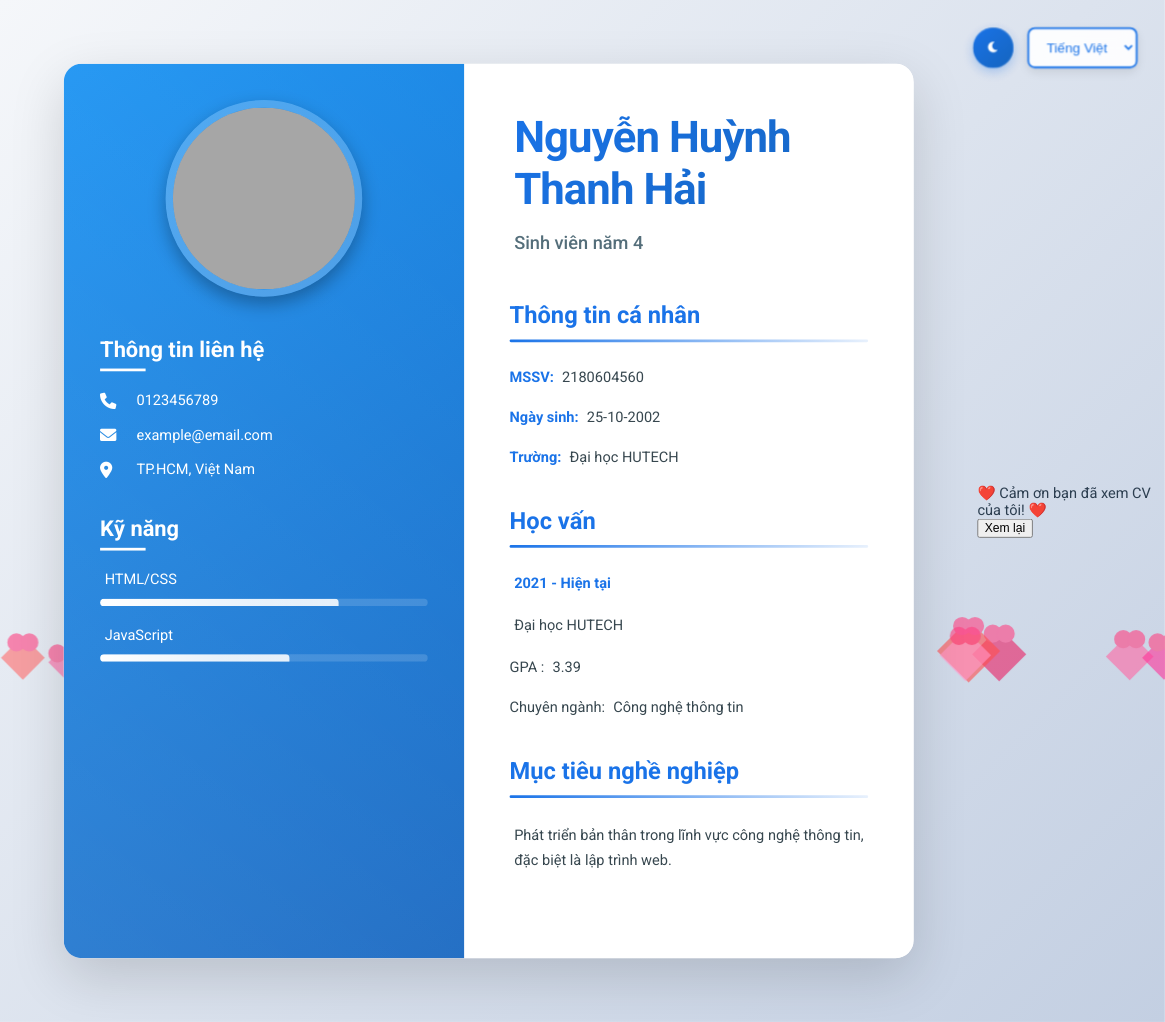
Repository: Haimichi/haimichi.github.io
Page: index.html
The author's editor kept a copy of each file at every save. The page is drawn from the files as they stood at one save, then again after the next save.
The browser window is 1280 px wide. The pictures show the whole page, at 91% of full size.
Pictures or frames that could not be fetched are drawn as grey boxes.

Above is the page before, as saved 2025-03-04 11:01:43.

### index.html
<!DOCTYPE html>
<html lang="en">
<head>
    <meta charset="UTF-8">
    <meta name="viewport" content="width=device-width, initial-scale=1.0">
    <title>CV - Nguyễn Huỳnh Thanh Hải</title>
    <link rel="stylesheet" href="style.css">
    <link rel="stylesheet" href="https://cdnjs.cloudflare.com/ajax/libs/font-awesome/6.0.0/css/all.min.css">
    <link href="https://fonts.googleapis.com/css2?family=Roboto:wght@400;500;700&display=swap" rel="stylesheet">
    <style>
        .editable-input {
            background: transparent;
            border: none;
            border-bottom: 2px solid #1a73e8;
            color: inherit;
            font-size: inherit;
            font-family: inherit;
            width: 100%;
            padding: 5px 0;
            outline: none;
        }

        [contenteditable="true"]:hover {
            background: rgba(26, 115, 232, 0.1);
            cursor: pointer;
            padding: 2px 5px;
            border-radius: 4px;
        }
    </style>
</head>
<body>
    <div class="theme-controls">
        <button id="themeToggle" class="theme-btn">
            <i class="fas fa-moon"></i>
        </button>
        <select id="languageSelect" class="lang-select">
            <option value="vi">Tiếng Việt</option>
            <option value="en">English</option>
        </select>
    </div>
    <div class="container">
        <div class="cv-container">
            <div class="left-column">
                <div class="profile-image">
                    <input type="file" id="imageInput" accept="image/*" style="display: none;">
                    <img src="avatar.jpg" alt="Profile Picture" onclick="document.getElementById('imageInput').click()" style="width: 200px; height: 200px; border-radius: 50%; object-fit: cover; cursor: pointer;">
                </div>
                <script>
                    document.getElementById('imageInput').addEventListener('change', function(event) {
                        const file = event.target.files[0];
                        if (file) {
                            const reader = new FileReader();
                            reader.onload = function(e) {
                                document.querySelector('.profile-image img').src = e.target.result;
                            };
                            reader.readAsDataURL(file);
                        }
                    });
                </script>
                <div class="contact-info">
                    <h2>Thông tin liên hệ</h2>
                    <p><i class="fas fa-phone"></i> <span class="editable" data-key="phone">0123456789</span></p>
                    <p><i class="fas fa-envelope"></i> <span class="editable" data-key="email">example@email.com</span></p>
                    <p><i class="fas fa-map-marker-alt"></i> <span class="editable" data-key="address">TP.HCM, Việt Nam</span></p>
                </div>
                <div class="skills">
                    <h2>Kỹ năng</h2>
                    <div class="skill-item">
                        <span class="editable" data-key="skill1Name">HTML/CSS</span>
                        <div class="skill-level">
                            <div class="skill-bar editable" data-key="skill1Level" style="width: 70%"></div>
                        </div>
                    </div>
                    <div class="skill-item">
                        <span class="editable" data-key="skill2Name">JavaScript</span>
                        <div class="skill-level">
                            <div class="skill-bar editable" data-key="skill2Level" style="width: 55%"></div>
                        </div>
                    </div>
                </div>
            </div>
            <div class="right-column">
                <div class="header">
                    <h1 class="editable" data-key="fullName">Nguyễn Huỳnh Thanh Hải</h1>
                    <h2 class="editable" data-key="title">Sinh viên năm 4</h2>
                </div>
                <div class="section">
                    <h2>Thông tin cá nhân</h2>
                    <p><strong>MSSV:</strong> <span class="editable" data-key="studentId">2180604560</span></p>
                    <p><strong>Ngày sinh:</strong> <span class="editable" data-key="dob">25-10-2002</span></p>
                    <p><strong>Trường:</strong> <span class="editable" data-key="university">Đại học HUTECH</span></p>
                </div>
                <div class="section">
                    <h2>Học vấn</h2>
                    <p><strong class="editable" data-key="educationPeriod">2021 - Hiện tại</strong></p>
                    <p class="editable" data-key="university">Đại học HUTECH</p>
                    <p>GPA : <span class="editable" data-key="gpa">3.39</span></p>
                    <p>Chuyên ngành: <span class="editable" data-key="major">Công nghệ thông tin</span></p>
                </div>
                <div class="section">
                    <h2>Mục tiêu nghề nghiệp</h2>
                    <p class="editable" data-key="careerObjective">Phát triển bản thân trong lĩnh vực công nghệ thông tin, đặc biệt là lập trình web.</p>
                </div>
            </div>
        </div>
    </div>
    <div class="hearts-container"></div>
    <div class="ending-screen">
        <div class="ending-message">❤️ Cảm ơn bạn đã xem CV của tôi! ❤️</div>
        <button class="restart-btn" onclick="restartAnimation()">Xem lại</button>
    </div>
</body>
<script>
const translations = {
    en: {
        title: "Contact Information",
        skills: "Skills",
        personalInfo: "Personal Information",
        education: "Education",
        career: "Career Objectives",
        studentId: "Student ID",
        dob: "Date of Birth",
        university: "University",
        major: "Major",
        present: "Present",
        fullName: "Full Name",
        title: "Title",
        educationPeriod: "Education Period",
        gpa: "GPA",
        careerObjective: "Career Objective",
        skill1Name: "Skill 1",
        skill2Name: "Skill 2"
    },
    vi: {
        title: "Thông tin liên hệ",
        skills: "Kỹ năng",
        personalInfo: "Thông tin cá nhân",
        education: "Học vấn",
        career: "Mục tiêu nghề nghiệp",
        studentId: "MSSV",
        dob: "Ngày sinh",
        university: "Trường",
        major: "Chuyên ngành",
        present: "Hiện tại",
        fullName: "Họ và tên",
        title: "Chức danh",
        educationPeriod: "Thời gian học",
        gpa: "GPA",
        careerObjective: "Mục tiêu nghề nghiệp",
        skill1Name: "Kỹ năng 1",
        skill2Name: "Kỹ năng 2"
    }
};

// Theme Toggle
const themeToggle = document.getElementById('themeToggle');
themeToggle.addEventListener('click', () => {
    document.body.classList.toggle('dark-theme');
    const icon = themeToggle.querySelector('i');
    if (document.body.classList.contains('dark-theme')) {
        icon.classList.replace('fa-moon', 'fa-sun');
    } else {
        icon.classList.replace('fa-sun', 'fa-moon');
    }
});

// Language Toggle
const languageSelect = document.getElementById('languageSelect');
languageSelect.addEventListener('change', (e) => {
    const lang = e.target.value;
    updateLanguage(lang);
});

function updateLanguage(lang) {
    document.querySelector('.contact-info h2').textContent = translations[lang].title;
    document.querySelector('.skills h2').textContent = translations[lang].skills;
    document.querySelector('.section h2').textContent = translations[lang].personalInfo;
    // Update other elements...
    document.querySelectorAll('.editable').forEach(element => {
        const key = element.getAttribute('data-key');
        const savedValue = localStorage.getItem(key);
        if (savedValue) {
            if (element.classList.contains('skill-bar')) {
                element.style.width = savedValue + '%';
            } else {
                element.textContent = savedValue;
            }
        }
    });
}

document.addEventListener('DOMContentLoaded', function() {
    // Khôi phục dữ liệu đã lưu
    const editables = document.querySelectorAll('.editable');
    editables.forEach(element => {
        const savedValue = localStorage.getItem(element.getAttribute('data-key'));
        if (savedValue) {
            element.textContent = savedValue;
        }
        makeEditable(element);
    });

    // Cập nhật hàm updateLanguage
    function updateLanguage(lang) {
        // ...existing translations...
        const editables = document.querySelectorAll('.editable');
        editables.forEach(element => {
            const key = element.getAttribute('data-key');
            const savedValue = localStorage.getItem(key);
            if (savedValue) {
                element.textContent = savedValue;
            }
        });
    }
});

function makeEditable(element) {
    element.addEventListener('click', function() {
        // Nếu là skill bar thì xử lý riêng
        if (element.classList.contains('skill-bar')) {
            const percentage = prompt('Nhập mức độ kỹ năng (0-100)%:', element.style.width.replace('%', ''));
            if (percentage !== null && !isNaN(percentage) && percentage >= 0 && percentage <= 100) {
                element.style.width = percentage + '%';
                localStorage.setItem(element.getAttribute('data-key'), percentage);
            }
            return;
        }

        const currentValue = this.textContent;
        const input = document.createElement('input');
        input.value = currentValue;
        input.className = 'editable-input';

        input.addEventListener('blur', function() {
            element.textContent = this.value;
            localStorage.setItem(element.getAttribute('data-key'), this.value);
        });

        input.addEventListener('keypress', function(e) {
            if (e.key === 'Enter') {
                this.blur();
            }
        });

        element.textContent = '';
        element.appendChild(input);
        input.focus();
    });
}

let heartCount = 0;
const maxHearts = 100; // Số tim tối đa trước khi nổ

function createHeart() {
    if (heartCount >= maxHearts) {
        explodeHearts();
        return;
    }

    const heart = document.createElement('div');
    heart.className = 'heart';

    // Random position
    heart.style.left = Math.random() * 100 + 'vw';

    // Larger size
    const size = Math.random() * 30 + 20; // 20-50px
    heart.style.width = size + 'px';
    heart.style.height = size + 'px';

    // Vibrant colors
    const colors = [
        '#ff4081', '#e91e63', '#ff6b6b', '#ff8a65',
        '#ff4d4d', '#ff66a3', '#ff3399', '#ff99cc'
    ];
    const color = colors[Math.floor(Math.random() * colors.length)];
    heart.style.background = color;

    // Add pseudo-elements with same color
    heart.style.setProperty('--heart-color', color);

    // Random duration
    const duration = Math.random() * 3 + 4; // 4-7 seconds
    heart.style.setProperty('--duration', duration + 's');

    document.querySelector('.hearts-container').appendChild(heart);
    heartCount++;

    // Remove heart after animation
    setTimeout(() => {
        heart.remove();
        heartCount--;
    }, duration * 1000);
}

function explodeHearts() {
    clearInterval(heartInterval);

    // Animate existing hearts to explode
    const hearts = document.querySelectorAll('.heart');
    hearts.forEach(heart => {
        heart.style.animation = 'explode 1s forwards';
    });

    // Show ending screen after explosion
    setTimeout(() => {
        document.querySelector('.ending-screen').classList.add('show');
    }, 1000);
}

function restartAnimation() {
    // Reset counter and clear existing hearts
    heartCount = 0;
    document.querySelector('.hearts-container').innerHTML = '';
    document.querySelector('.ending-screen').classList.remove('show');

    // Restart heart creation
    heartInterval = setInterval(createHeart, 200);
}

// Start initial animation
let heartInterval = setInterval(createHeart, 200);
</script>
</html>

### style.css
body {
    margin: 0;
    padding: 0;
    font-family: 'Roboto', 'Segoe UI', sans-serif;
    background: linear-gradient(135deg, #f5f7fa 0%, #c3cfe2 100%);
    display: flex;
    justify-content: center;
    align-items: center;
    min-height: 100vh;
    color: #2c3e50;
}

.container {
    width: 100%;
    max-width: 1200px;
    padding: 30px;
    margin: 20px;
}

.cv-container {
    display: flex;
    background-color: white;
    border-radius: 20px;
    box-shadow: 0 20px 60px rgba(0, 0, 0, 0.15);
    overflow: hidden;
    margin: 20px;
    transition: transform 0.3s ease;
}

.cv-container:hover {
    transform: translateY(-5px);
}

.left-column {
    width: 360px;
    background: linear-gradient(145deg, #2196f3 0%, #1565c0 100%);
    color: white;
    padding: 40px;
    position: relative;
    overflow: hidden;
}

.left-column::before {
    content: '';
    position: absolute;
    top: 0;
    left: 0;
    right: 0;
    bottom: 0;
    background: linear-gradient(45deg, rgba(255,255,255,0.1) 0%, rgba(255,255,255,0) 100%);
    pointer-events: none;
}

.right-column {
    flex: 1;
    padding: 50px;
    background: white;
}

.profile-image {
    text-align: center;
    margin-bottom: 40px;
}

.profile-image img {
    width: 220px;
    height: 220px;
    border-radius: 50%;
    border: 8px solid rgba(255, 255, 255, 0.2);
    box-shadow: 0 8px 20px rgba(0, 0, 0, 0.3);
    transition: all 0.4s ease;
    filter: brightness(1.05);
}

.profile-image img:hover {
    transform: scale(1.05) rotate(2deg);
    border-color: rgba(255, 255, 255, 0.4);
}

.contact-info {
    margin-bottom: 40px;
}

.contact-info h2 {
    font-size: 24px;
    margin-bottom: 20px;
    position: relative;
    padding-bottom: 10px;
}

.contact-info h2::after {
    content: '';
    position: absolute;
    left: 0;
    bottom: 0;
    width: 50px;
    height: 3px;
    background: white;
}

.contact-info p {
    margin: 15px 0;
    display: flex;
    align-items: center;
    font-size: 16px;
}

.contact-info i {
    margin-right: 15px;
    width: 20px;
    font-size: 18px;
}

.skills {
    margin-bottom: 30px;
}

.skills h2 {
    font-size: 24px;
    margin-bottom: 20px;
    position: relative;
    padding-bottom: 10px;
}

.skills h2::after {
    content: '';
    position: absolute;
    left: 0;
    bottom: 0;
    width: 50px;
    height: 3px;
    background: white;
}

.skill-item {
    margin: 20px 0;
}

.skill-item span {
    display: block;
    margin-bottom: 10px;
    font-size: 16px;
}

.skill-level {
    width: 100%;
    height: 8px;
    background-color: rgba(255, 255, 255, 0.15);
    border-radius: 20px;
    overflow: hidden;
    position: relative;
}

.skill-bar {
    height: 100%;
    background: linear-gradient(90deg, #ffffff 0%, rgba(255,255,255,0.8) 100%);
    border-radius: 20px;
    transition: width 1.5s cubic-bezier(0.165, 0.84, 0.44, 1);
    position: relative;
    overflow: hidden;
}

.skill-bar::after {
    content: '';
    position: absolute;
    top: 0;
    left: -100%;
    width: 100%;
    height: 100%;
    background: linear-gradient(90deg, transparent, rgba(255,255,255,0.4), transparent);
    animation: shimmer 2s infinite;
}

@keyframes shimmer {
    100% {
        left: 100%;
    }
}

.header {
    margin-bottom: 50px;
}

.header h1 {
    font-size: 48px;
    background: linear-gradient(135deg, #1a73e8 0%, #1565c0 100%);
    -webkit-background-clip: text;
    -webkit-text-fill-color: transparent;
    margin: 0 0 15px 0;
    font-weight: 700;
    letter-spacing: -1px;
    position: relative;
}

.header h2 {
    color: #546e7a;
    margin: 0;
    font-size: 20px;
    font-weight: 500;
}

.section {
    margin-bottom: 40px;
}

.section h2 {
    color: #1a73e8;
    font-size: 26px;
    margin-bottom: 25px;
    position: relative;
    padding-bottom: 15px;
    font-weight: 600;
}

.section h2::after {
    content: '';
    position: absolute;
    left: 0;
    bottom: 0;
    width: 100%;
    height: 3px;
    background: linear-gradient(90deg, #1a73e8 0%, rgba(26,115,232,0.1) 100%);
    border-radius: 3px;
}

.section p {
    margin: 15px 0;
    line-height: 1.8;
    color: #37474f;
    font-size: 16px;
}

.section strong {
    color: #1a73e8;
    font-weight: 600;
}

@media (max-width: 768px) {
    .cv-container {
        flex-direction: column;
    }

    .left-column {
        width: auto;
    }

    .profile-image img {
        width: 150px;
        height: 150px;
    }
}

/* Theme controls styling */
.theme-controls {
    position: fixed;
    top: 30px;
    right: 30px;
    display: flex;
    gap: 15px;
    z-index: 1000;
}

.theme-btn {
    background: linear-gradient(135deg, #1a73e8 0%, #1565c0 100%);
    backdrop-filter: blur(10px);
    -webkit-backdrop-filter: blur(10px);
    border: 1px solid rgba(255,255,255,0.1);
    color: white;
    padding: 12px;
    border-radius: 50%;
    cursor: pointer;
    width: 45px;
    height: 45px;
    display: flex;
    align-items: center;
    justify-content: center;
    box-shadow: 0 4px 12px rgba(26,115,232,0.3);
    transition: transform 0.3s ease;
}

.theme-btn:hover {
    transform: translateY(-2px);
}

.lang-select {
    padding: 8px 15px;
    border-radius: 8px;
    border: 2px solid #1a73e8;
    background: rgba(255,255,255,0.9);
    backdrop-filter: blur(10px);
    -webkit-backdrop-filter: blur(10px);
    color: #1a73e8;
    cursor: pointer;
    font-size: 15px;
    font-weight: 500;
    transition: all 0.3s ease;
    box-shadow: 0 4px 12px rgba(0,0,0,0.1);
}

.lang-select:hover {
    background: #1a73e8;
    color: white;
}

/* Dark theme enhancements */
body.dark-theme {
    background: linear-gradient(135deg, #1a1a1a 0%, #2d2d2d 100%);
}

.dark-theme .cv-container {
    background-color: #1e1e1e;
    box-shadow: 0 20px 60px rgba(0, 0, 0, 0.3);
}

.dark-theme .right-column {
    color: #ffffff;
}

.dark-theme .section p {
    color: #e0e0e0;
}

.dark-theme .header h1 {
    background: linear-gradient(135deg, #64b5f6 0%, #1976d2 100%);
    -webkit-background-clip: text;
    -webkit-text-fill-color: transparent;
}

.dark-theme .header h2 {
    color: #b0b0b0;
}

.dark-theme .section h2 {
    color: #4a9eff;
    border-bottom-color: #4a9eff;
}

.dark-theme .left-column {
    background: linear-gradient(145deg, #1565c0 0%, #0d47a1 100%);
}

/* Thêm styles cho các phần tử có thể chỉnh sửa */
.editable {
    transition: all 0.3s ease;
    padding: 2px 5px;
    border-radius: 4px;
}

.editable:hover {
    background: rgba(26, 115, 232, 0.1);
    cursor: pointer;
}

.dark-theme .editable:hover {
    background: rgba(255, 255, 255, 0.1);
}

.editable-input {
    background: transparent;
    border: none;
    border-bottom: 2px solid #1a73e8;
    color: inherit;
    font-size: inherit;
    font-family: inherit;
    width: 100%;
    padding: 5px 0;
    outline: none;
}

.dark-theme .editable-input {
    border-bottom-color: #64b5f6;
}

/* Đặc biệt cho skill bars */
.skill-bar.editable:hover {
    opacity: 0.8;
    cursor: pointer;
}

/* Styles cho header editable */
h1.editable, h2.editable {
    display: inline-block;
    width: auto;
    min-width: 200px;
}

.header h1.editable:hover {
    background: rgba(26, 115, 232, 0.05);
}

/* Responsive improvements */
@media (max-width: 968px) {
    .cv-container {
        flex-direction: column;
        margin: 10px;
    }

    .left-column {
        width: auto;
        padding: 30px;
    }

    .header h1 {
        font-size: 36px;
    }
}

/* Thêm vào cuối file */

.hearts-container {
    position: fixed;
    bottom: 0;
    left: 0;
    width: 100%;
    height: 100px;
    pointer-events: none;
    z-index: -1;
}

@keyframes float {
    0% {
        transform: translateY(0) rotate(0deg);
        opacity: 1;
    }
    100% {
        transform: translateY(-100vh) rotate(360deg);
        opacity: 0;
    }
}

.heart {
    position: absolute;
    bottom: -20px;
    background: #ff4081;
    width: 20px;
    height: 20px;
    transform: rotate(45deg);
    opacity: 0.6;
}

.heart::before,
.heart::after {
    content: '';
    position: absolute;
    width: 20px;
    height: 20px;
    border-radius: 50%;
    background: #ff4081;
}

.heart::before {
    left: -10px;
}

.heart::after {
    top: -10px;
}

After the next save:
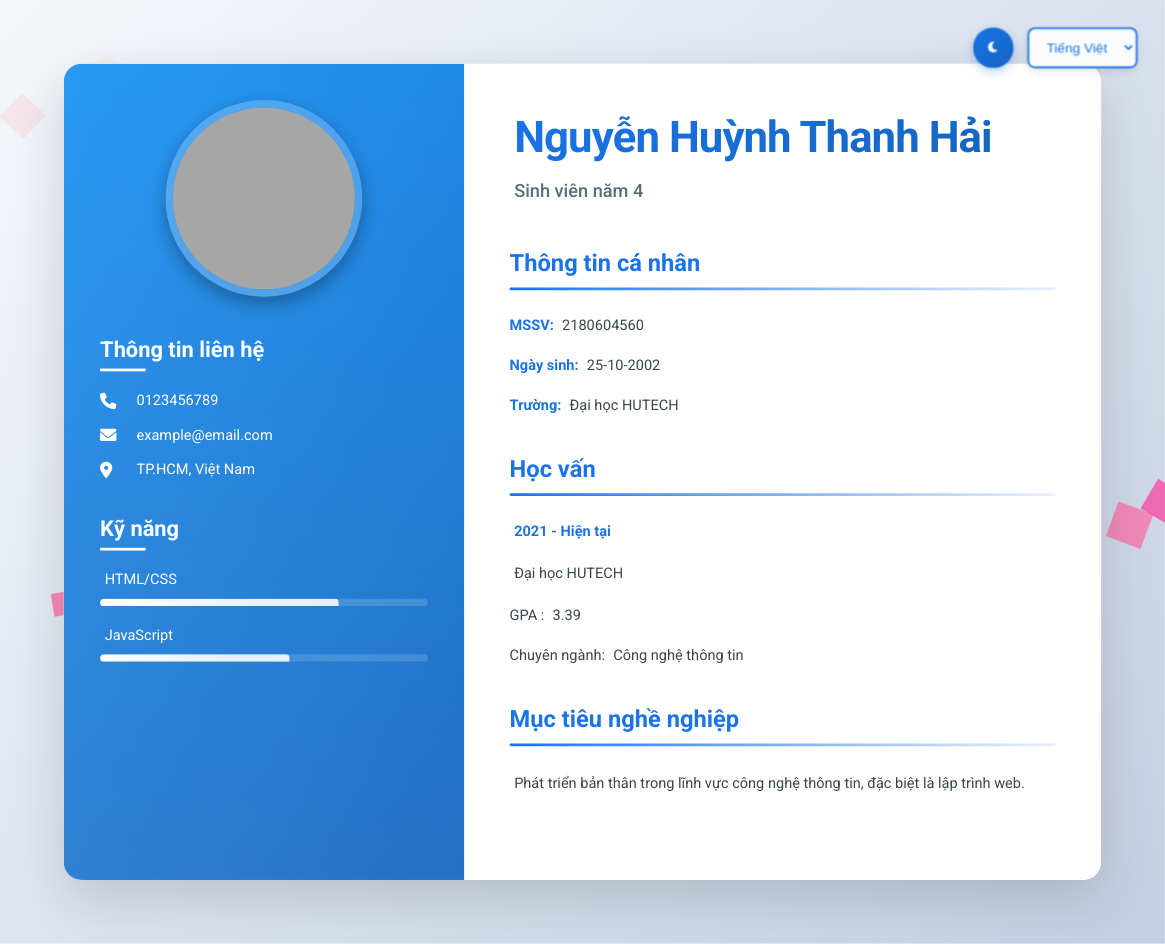
Saved 1 s later.
--- a/style.css
+++ b/style.css
@@ -405,53 +405,109 @@ h1.editable, h2.editable {
     }
 }
 
-/* Thêm vào cuối file */
-
+/* Cập nhật styles cho hearts */
 .hearts-container {
     position: fixed;
     bottom: 0;
     left: 0;
     width: 100%;
-    height: 100px;
+    height: 100vh;
     pointer-events: none;
     z-index: -1;
+    overflow: hidden;
+}
+
+.heart {
+    position: absolute;
+    bottom: -50px;
+    width: 40px;
+    height: 40px;
+    transform: rotate(45deg);
+    opacity: 0.8;
+    animation: float var(--duration) ease-in forwards;
 }
 
 @keyframes float {
     0% {
-        transform: translateY(0) rotate(0deg);
+        transform: translateY(0) rotate(45deg) scale(1);
+        opacity: 0.8;
+    }
+    50% {
+        transform: translateY(-50vh) rotate(180deg) scale(1.2);
+    }
+    100% {
+        transform: translateY(-100vh) rotate(360deg) scale(1);
+        opacity: 0;
+    }
+}
+
+/* Hiệu ứng nổ tim */
+@keyframes explode {
+    0% {
+        transform: scale(1);
         opacity: 1;
     }
+    50% {
+        transform: scale(1.5);
+        opacity: 0.5;
+    }
     100% {
-        transform: translateY(-100vh) rotate(360deg);
+        transform: scale(2);
         opacity: 0;
     }
 }
 
-.heart {
-    position: absolute;
-    bottom: -20px;
-    background: #ff4081;
-    width: 20px;
-    height: 20px;
-    transform: rotate(45deg);
-    opacity: 0.6;
-}
-
-.heart::before,
-.heart::after {
-    content: '';
-    position: absolute;
-    width: 20px;
-    height: 20px;
-    border-radius: 50%;
-    background: #ff4081;
-}
-
-.heart::before {
-    left: -10px;
-}
-
-.heart::after {
-    top: -10px;
-}
+/* Màn hình kết thúc */
+.ending-screen {
+    position: fixed;
+    top: 0;
+    left: 0;
+    width: 100%;
+    height: 100vh;
+    background: linear-gradient(135deg, #ff6b6b 0%, #ff4081 100%);
+    display: none;
+    justify-content: center;
+    align-items: center;
+    flex-direction: column;
+    z-index: 1000;
+    opacity: 0;
+    transition: opacity 1s ease;
+}
+
+.ending-screen.show {
+    display: flex;
+    opacity: 1;
+}
+
+.ending-message {
+    color: white;
+    font-size: 48px;
+    font-weight: bold;
+    text-align: center;
+    margin-bottom: 30px;
+    text-shadow: 2px 2px 4px rgba(0,0,0,0.3);
+    animation: pulse 2s infinite;
+}
+
+.restart-btn {
+    padding: 15px 30px;
+    font-size: 20px;
+    background: white;
+    color: #ff4081;
+    border: none;
+    border-radius: 30px;
+    cursor: pointer;
+    transition: all 0.3s ease;
+    box-shadow: 0 4px 15px rgba(0,0,0,0.2);
+}
+
+.restart-btn:hover {
+    transform: translateY(-2px);
+    box-shadow: 0 6px 20px rgba(0,0,0,0.3);
+}
+
+@keyframes pulse {
+    0% { transform: scale(1); }
+    50% { transform: scale(1.05); }
+    100% { transform: scale(1); }
+}
